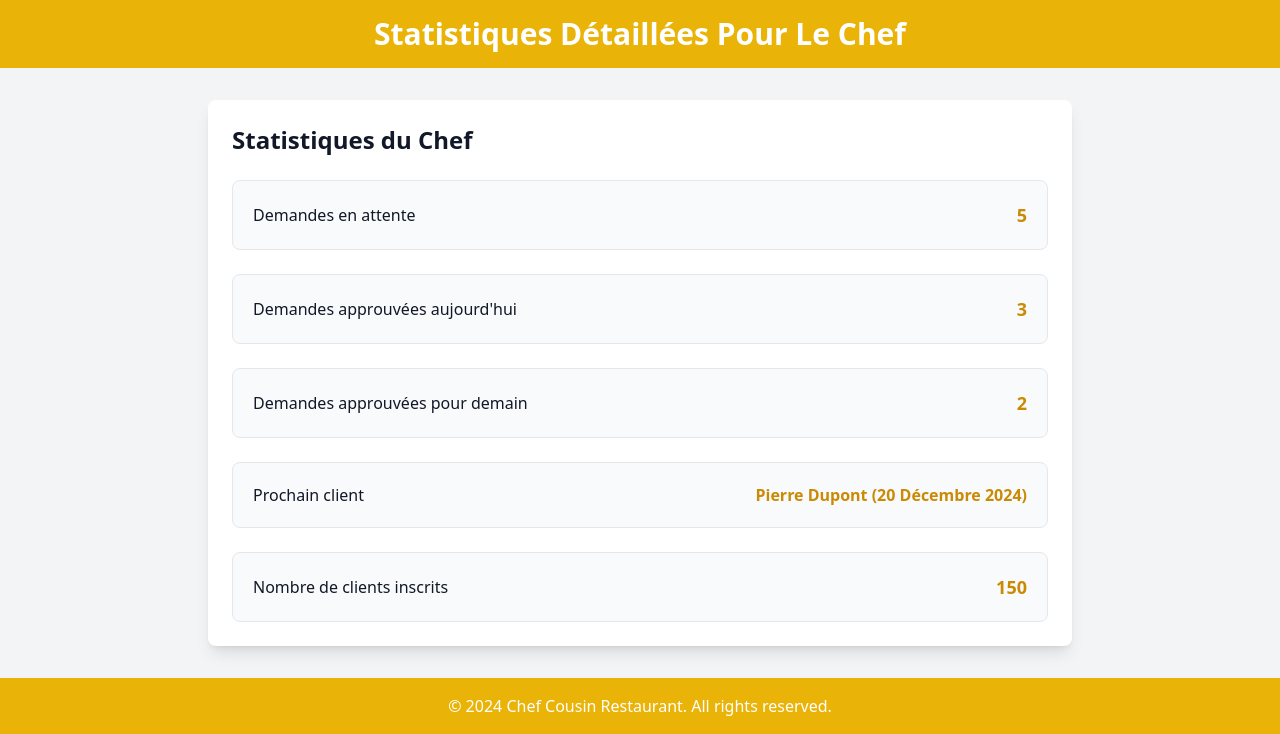
Repository: HamzaChehlaoui/Site-Web-pour-un-Chef-Cuisinier
Page: http://localhost/statistique.php
An editor plug-in stored every save of this project. The page is shown before and after the next save, followed by the edit.
The browser window is 1280 px wide. The pictures show the whole page.
Some web libraries are served in a nearby version. The page is run by PHP 8.4 with error messages shown; the project is at /var/www/html/.

Above is the page before, as saved 2024-12-18 14:52:40.

### statistique.php
<!DOCTYPE html>
<html lang="fr">

<head>
    <meta charset="UTF-8">
    <meta name="viewport" content="width=device-width, initial-scale=1.0">
    <title>Gestion des Réservations - Statistiques</title>
    <!-- Tailwind CSS CDN -->
    <script src="https://cdn.tailwindcss.com"></script>
</head>

<body class="bg-gray-100 text-gray-800">

    <!-- Header -->
    <header class="py-4 text-center bg-yellow-500 text-white">
        <h1 class="text-3xl font-bold">Statistiques Détaillées Pour Le Chef</h1>
    </header>

    <!-- Main Content -->
    <main class="max-w-4xl mx-auto my-8 px-4">
        <div class="bg-white shadow-lg rounded-lg p-6">

            <!-- Card Header -->
            <div class="text-2xl font-semibold mb-6 text-gray-900">
                Statistiques du Chef
            </div>

            <!-- Stats List -->
            <div class="space-y-6">

                <!-- Pending Requests -->
                <div class="flex justify-between items-center bg-gray-50 p-5 rounded-lg border border-gray-200 hover:bg-yellow-100 transition">
                    <span class="text-gray-900">Demandes en attente</span>
                    <span class="text-yellow-600 font-semibold text-lg">5</span>
                </div>

                <!-- Approved Today -->
                <div class="flex justify-between items-center bg-gray-50 p-5 rounded-lg border border-gray-200 hover:bg-yellow-100 transition">
                    <span class="text-gray-900">Demandes approuvées aujourd'hui</span>
                    <span class="text-yellow-600 font-semibold text-lg">3</span>
                </div>

                <!-- Approved Tomorrow -->
                <div class="flex justify-between items-center bg-gray-50 p-5 rounded-lg border border-gray-200 hover:bg-yellow-100 transition">
                    <span class="text-gray-900">Demandes approuvées pour demain</span>
                    <span class="text-yellow-600 font-semibold text-lg">2</span>
                </div>

                <!-- Next Client Details -->
                <div class="flex justify-between items-center bg-gray-50 p-5 rounded-lg border border-gray-200 hover:bg-yellow-100 transition">
                    <span class="text-gray-900">Prochain client</span>
                    <span class="text-yellow-600 font-semibold">Pierre Dupont (20 Décembre 2024)</span>
                </div>

                <!-- Registered Clients -->
                <div class="flex justify-between items-center bg-gray-50 p-5 rounded-lg border border-gray-200 hover:bg-yellow-100 transition">
                    <span class="text-gray-900">Nombre de clients inscrits</span>
                    <span class="text-yellow-600 font-semibold text-lg">150</span>
                </div>

            </div>
        </div>
    </main>

    <!-- Footer -->
    <footer class="bg-yellow-500 text-white py-4">
        <div class="text-center">
            <p>&copy; 2024 Chef Cousin Restaurant. All rights reserved.</p>
        </div>
    </footer>

</body>

</html>

After the next save:
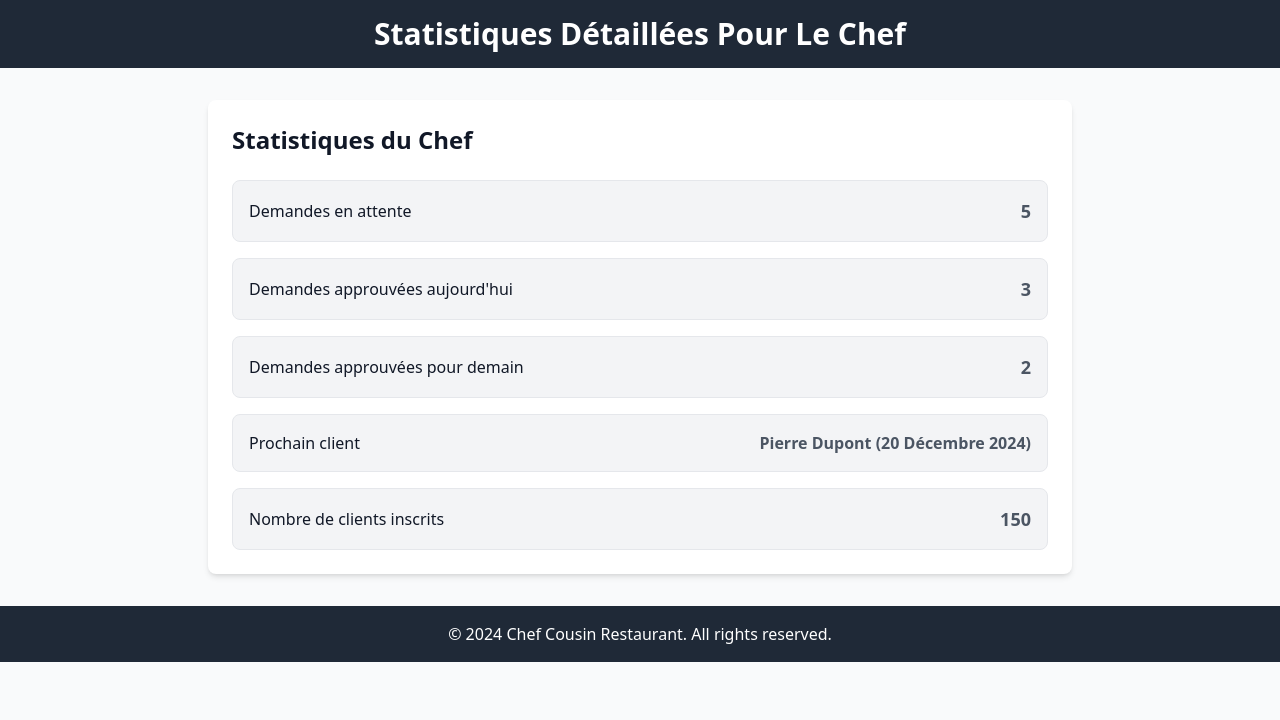
Saved 113 s later.
--- a/statistique.php
+++ b/statistique.php
@@ -9,16 +9,16 @@
     <script src="https://cdn.tailwindcss.com"></script>
 </head>
 
-<body class="bg-gray-100 text-gray-800">
+<body class="bg-gray-50 text-gray-800">
 
     <!-- Header -->
-    <header class="py-4 text-center bg-yellow-500 text-white">
+    <header class="py-4 text-center bg-gray-800 text-white">
         <h1 class="text-3xl font-bold">Statistiques Détaillées Pour Le Chef</h1>
     </header>
 
     <!-- Main Content -->
     <main class="max-w-4xl mx-auto my-8 px-4">
-        <div class="bg-white shadow-lg rounded-lg p-6">
+        <div class="bg-white shadow-md rounded-lg p-6">
 
             <!-- Card Header -->
             <div class="text-2xl font-semibold mb-6 text-gray-900">
@@ -26,36 +26,36 @@
             </div>
 
             <!-- Stats List -->
-            <div class="space-y-6">
+            <div class="space-y-4">
 
                 <!-- Pending Requests -->
-                <div class="flex justify-between items-center bg-gray-50 p-5 rounded-lg border border-gray-200 hover:bg-yellow-100 transition">
+                <div class="flex justify-between items-center bg-gray-100 p-4 rounded-lg border border-gray-200">
                     <span class="text-gray-900">Demandes en attente</span>
-                    <span class="text-yellow-600 font-semibold text-lg">5</span>
+                    <span class="text-gray-600 font-semibold text-lg">5</span>
                 </div>
 
                 <!-- Approved Today -->
-                <div class="flex justify-between items-center bg-gray-50 p-5 rounded-lg border border-gray-200 hover:bg-yellow-100 transition">
+                <div class="flex justify-between items-center bg-gray-100 p-4 rounded-lg border border-gray-200">
                     <span class="text-gray-900">Demandes approuvées aujourd'hui</span>
-                    <span class="text-yellow-600 font-semibold text-lg">3</span>
+                    <span class="text-gray-600 font-semibold text-lg">3</span>
                 </div>
 
                 <!-- Approved Tomorrow -->
-                <div class="flex justify-between items-center bg-gray-50 p-5 rounded-lg border border-gray-200 hover:bg-yellow-100 transition">
+                <div class="flex justify-between items-center bg-gray-100 p-4 rounded-lg border border-gray-200">
                     <span class="text-gray-900">Demandes approuvées pour demain</span>
-                    <span class="text-yellow-600 font-semibold text-lg">2</span>
+                    <span class="text-gray-600 font-semibold text-lg">2</span>
                 </div>
 
                 <!-- Next Client Details -->
-                <div class="flex justify-between items-center bg-gray-50 p-5 rounded-lg border border-gray-200 hover:bg-yellow-100 transition">
+                <div class="flex justify-between items-center bg-gray-100 p-4 rounded-lg border border-gray-200">
                     <span class="text-gray-900">Prochain client</span>
-                    <span class="text-yellow-600 font-semibold">Pierre Dupont (20 Décembre 2024)</span>
+                    <span class="text-gray-600 font-semibold">Pierre Dupont (20 Décembre 2024)</span>
                 </div>
 
                 <!-- Registered Clients -->
-                <div class="flex justify-between items-center bg-gray-50 p-5 rounded-lg border border-gray-200 hover:bg-yellow-100 transition">
+                <div class="flex justify-between items-center bg-gray-100 p-4 rounded-lg border border-gray-200">
                     <span class="text-gray-900">Nombre de clients inscrits</span>
-                    <span class="text-yellow-600 font-semibold text-lg">150</span>
+                    <span class="text-gray-600 font-semibold text-lg">150</span>
                 </div>
 
             </div>
@@ -63,7 +63,7 @@
     </main>
 
     <!-- Footer -->
-    <footer class="bg-yellow-500 text-white py-4">
+    <footer class="bg-gray-800 text-white py-4">
         <div class="text-center">
             <p>&copy; 2024 Chef Cousin Restaurant. All rights reserved.</p>
         </div>
